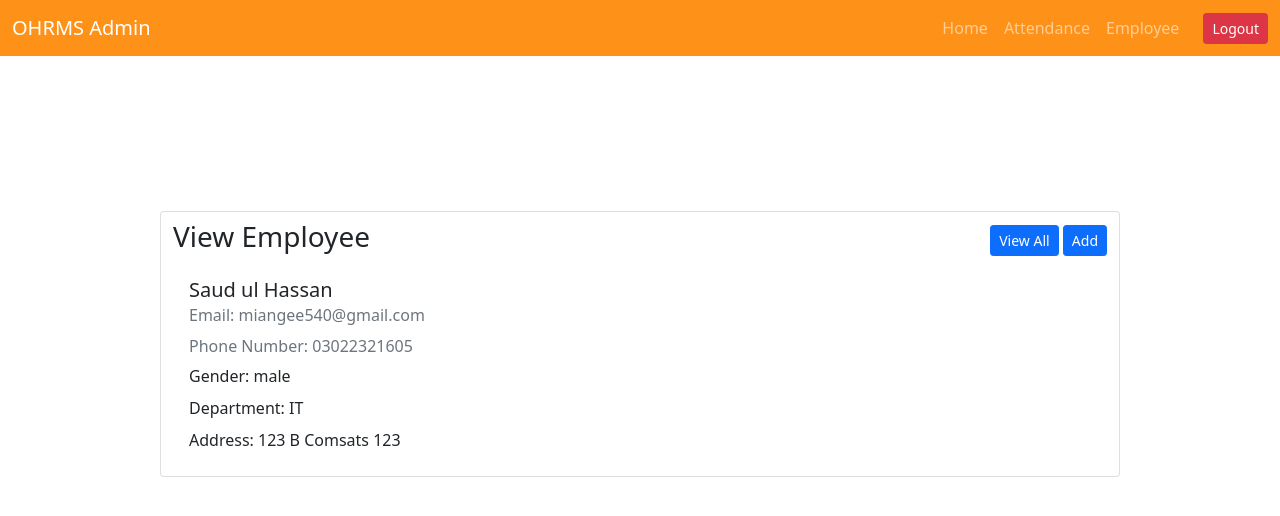
Repository: SaudCh/PHP-OHRMS
Page: http://localhost/admin/edit-salary?id=49
The author's editor kept a copy of each file at every save. The page is drawn from the files as they stood at one save, then again after a run of saves.
The browser window is 1280 px wide. The pictures show the whole page.
Some web libraries are served in a nearby version. The page is run by PHP 8.4 with error messages shown; the project is at /var/www/html/. The session is filled in as if someone had signed in: {"admin": "admin@ohrm.com"}. The database holds what the project's SQL file puts in it.

Above is the page before, as saved 2022-06-05 22:27:39.

After the next 2 saves:
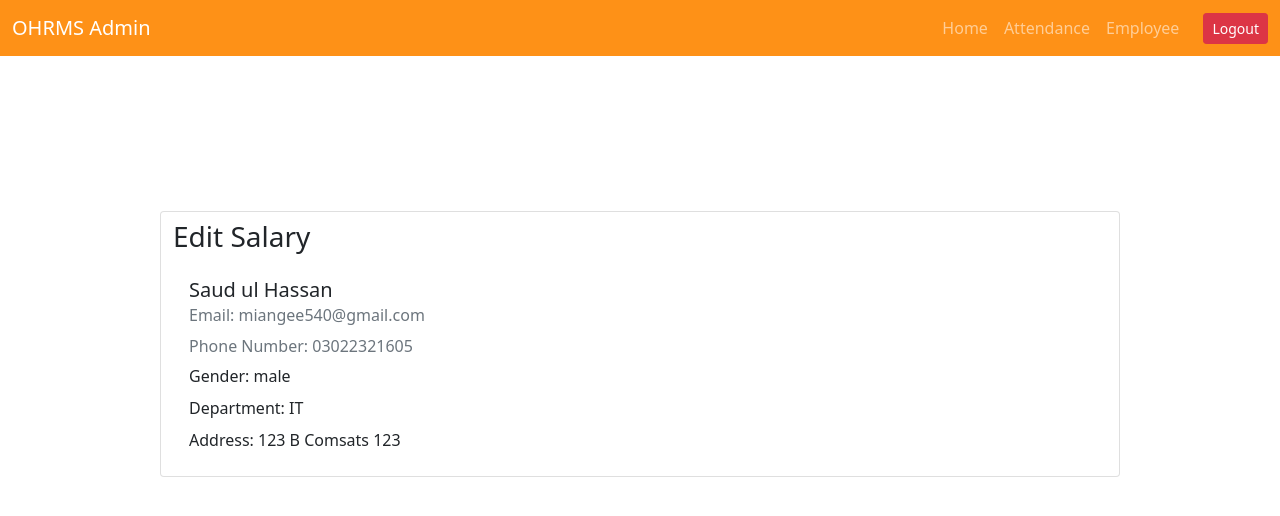
The 2 saves are shown as one change because they came seconds apart.
The last was saved 48 s later.
--- a/admin/edit-salary.php
+++ b/admin/edit-salary.php
@@ -17,11 +17,8 @@
 
             <div class="card col-11 col-md-9">
                 <div class="d-flex align-items-center justify-content-between mt-2">
-                    <h3>View Employee</h3>
-                    <div>
-                        <a href="employee" class="btn btn-sm btn-primary">View All</a>
-                        <a href="add-employee" class="btn btn-sm btn-primary">Add</a>
-                    </div>
+                    <h3>Edit Salary</h3>
+
                 </div>
                 <?php
                 $id = $_GET['id'];
